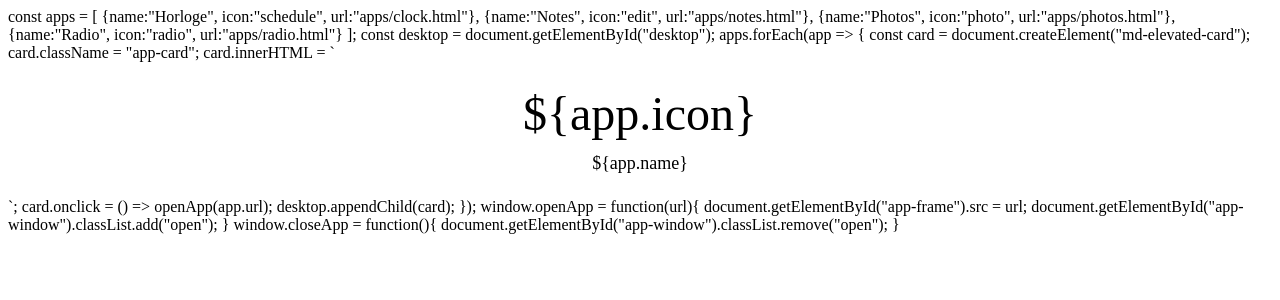
Repository: nlagardere/OpenHand
Page: index.html
An editor plug-in stored every save of this project. The page is shown before and after the next save, followed by the edit.
The browser window is 1280 px wide. The pictures show the whole page.

Above is the page before, as saved 2026-01-30 21:10:16.

After the next save:
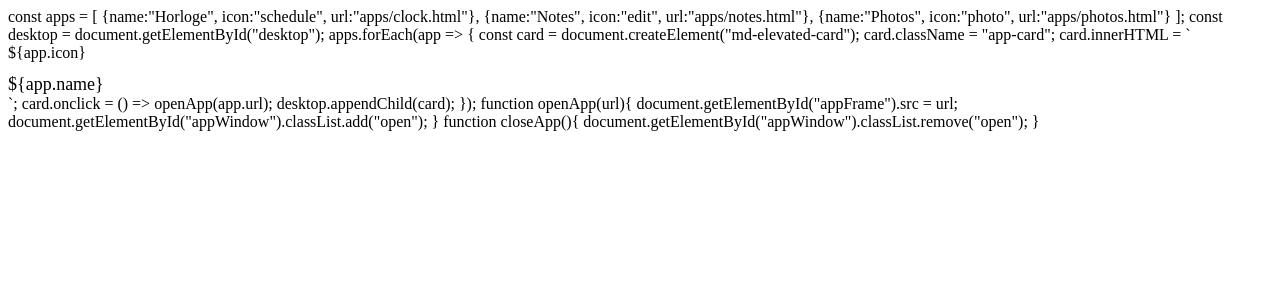
Saved 29 s later.
--- a/index.html
+++ b/index.html
@@ -1,19 +1,19 @@
 const apps = [
   {name:"Horloge", icon:"schedule", url:"apps/clock.html"},
   {name:"Notes", icon:"edit", url:"apps/notes.html"},
-  {name:"Photos", icon:"photo", url:"apps/photos.html"},
-  {name:"Radio", icon:"radio", url:"apps/radio.html"}
+  {name:"Photos", icon:"photo", url:"apps/photos.html"}
 ];
 
 const desktop = document.getElementById("desktop");
 
 apps.forEach(app => {
+
   const card = document.createElement("md-elevated-card");
   card.className = "app-card";
 
   card.innerHTML = `
-    <div style="padding:24px;text-align:center">
-      <md-icon style="font-size:48px">${app.icon}</md-icon>
+    <div class="app-inner">
+      <span class="icon">${app.icon}</span>
       <div style="margin-top:12px;font-size:18px">${app.name}</div>
     </div>
   `;
@@ -22,11 +22,11 @@ apps.forEach(app => {
   desktop.appendChild(card);
 });
 
-window.openApp = function(url){
-  document.getElementById("app-frame").src = url;
-  document.getElementById("app-window").classList.add("open");
+function openApp(url){
+  document.getElementById("appFrame").src = url;
+  document.getElementById("appWindow").classList.add("open");
 }
 
-window.closeApp = function(){
-  document.getElementById("app-window").classList.remove("open");
+function closeApp(){
+  document.getElementById("appWindow").classList.remove("open");
 }
